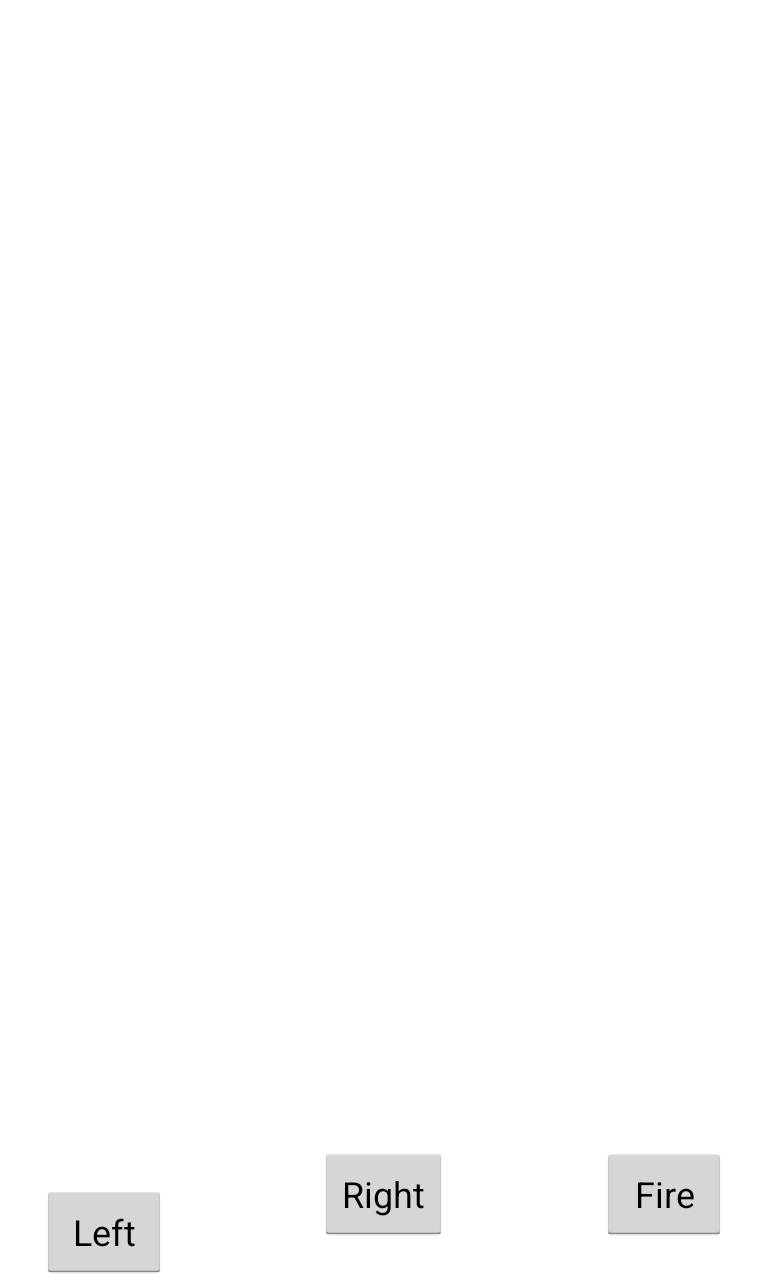
Repository: Benngard/Bengan-Boys
Layout: Hyperion/res/layout/playfield_layout.xml
These files come from the project's save history. The layout is drawn as it stood at one moment and after the next save; the edit follows.
It is drawn on a 768 x 1280 px phone screen (xhdpi) without system bars, with theme AppTheme; the app's code is not run. The app's manifest (not shown) leaves right-to-left support off. So textAlignment, textDirection and layoutDirection are ignored, and left and right values win over start and end ones.

Above is the layout before, as saved 2015-10-05 01:56:03.

### Hyperion/res/layout/playfield_layout.xml
<?xml version="1.0" encoding="utf-8"?>
<RelativeLayout xmlns:android="http://schemas.android.com/apk/res/android"
    android:layout_width="match_parent"
    android:layout_height="match_parent" >

    <Button
        android:id="@+id/button_left"
        android:layout_width="wrap_content"
        android:layout_height="wrap_content"
        android:layout_alignParentBottom="true"
        android:layout_alignParentLeft="true"
        android:layout_alignParentStart="true"
        android:layout_marginStart="20dp"
        android:layout_marginLeft="20dp"
        android:text="@string/left" />

    <Button
        android:id="@+id/button_fire"
        android:layout_width="wrap_content"
        android:layout_height="wrap_content"
        android:layout_alignParentBottom="true"
        android:layout_alignParentRight="true"
        android:layout_alignParentEnd="true"
        android:layout_marginBottom="19dp"
        android:layout_marginEnd="20dp"
        android:layout_marginRight="20dp"
        android:text="@string/fire" />

    <Button
        android:id="@+id/button_right"
        android:layout_width="wrap_content"
        android:layout_height="wrap_content"
        android:layout_alignBaseline="@+id/button_fire"
        android:layout_alignBottom="@+id/button_fire"
        android:layout_centerHorizontal="true"
        android:text="@string/right" />

</RelativeLayout>

### Hyperion/res/values/strings.xml
<resources>

    <string name="app_name">Hyperion</string>

    <string name="fire">Fire</string>
    <string name="left">Left</string>
    <string name="right">Right</string>

</resources>

Loaded but not shown: Hyperion/res/values/styles.xml (common file); Hyperion/res/values-v11/styles.xml (common file); Hyperion/res/values-v14/styles.xml (common file)

After the next save:
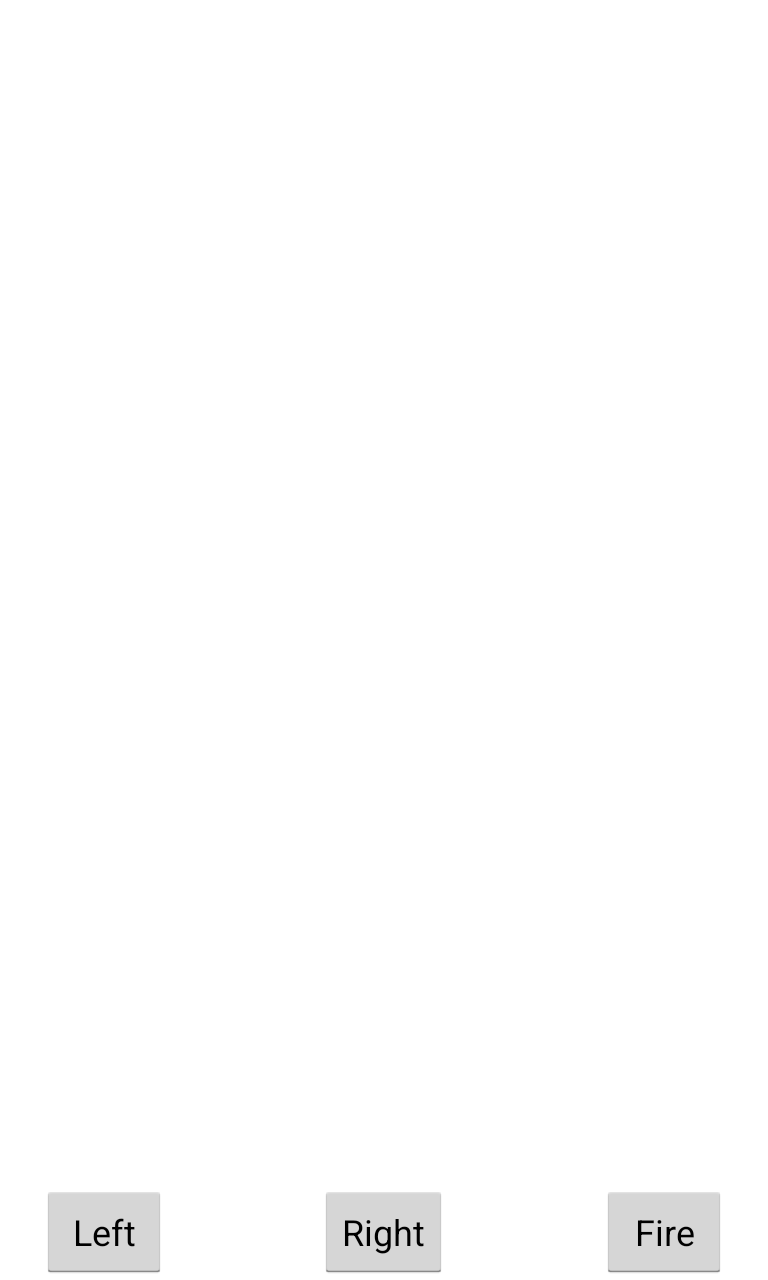
Saved 25 s later.
--- a/Hyperion/res/layout/playfield_layout.xml
+++ b/Hyperion/res/layout/playfield_layout.xml
@@ -21,7 +21,6 @@
         android:layout_alignParentBottom="true"
         android:layout_alignParentRight="true"
         android:layout_alignParentEnd="true"
-        android:layout_marginBottom="19dp"
         android:layout_marginEnd="20dp"
         android:layout_marginRight="20dp"
         android:text="@string/fire" />
